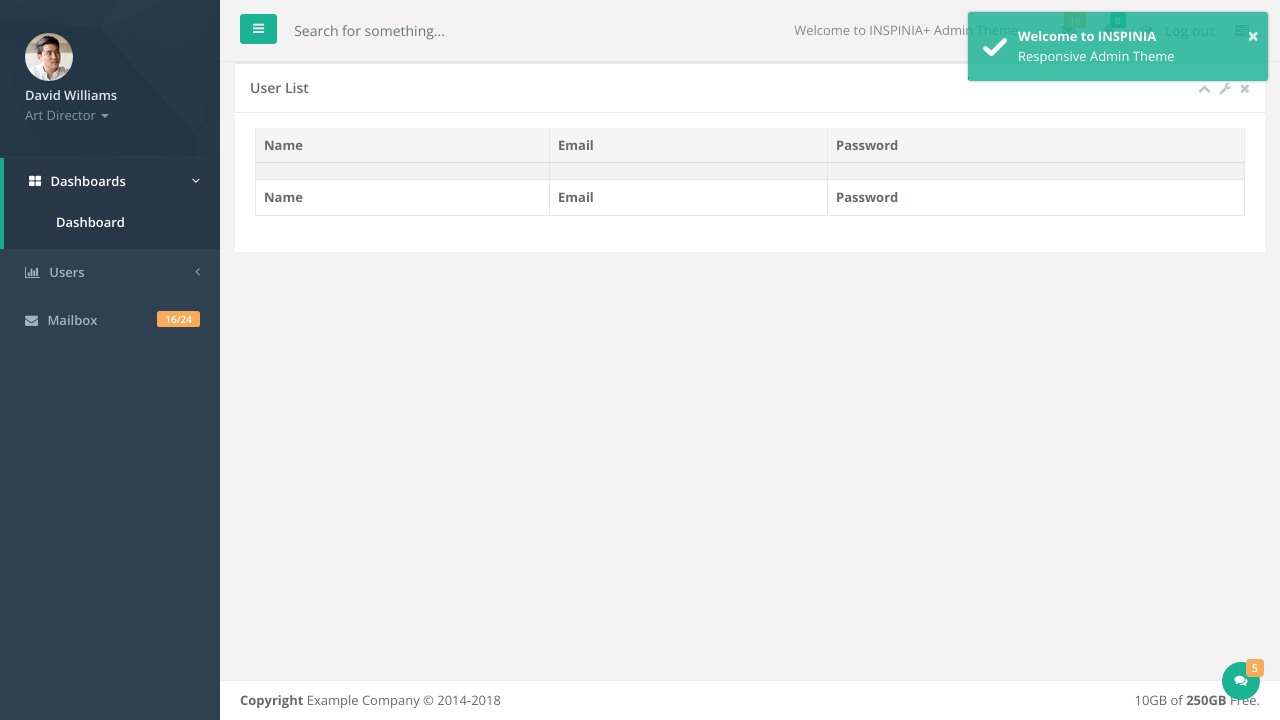
Repository: WAQARHUSSAIN12/quiz
Page: http://localhost/users
These files come from the project's save history. The page is drawn as it stood at one moment and after the next save; the edit follows.
The browser window is 1280 px wide. The pictures show the whole page.
The page is served by the project's Laravel application, run on PHP 8.4 with Laravel 9. Other server files are loaded and not shown.

Above is the page before, as saved 2024-08-12 12:21:57.
Console error: TypeError: Cannot read properties of undefined (reading 'plugins')

### routes/web.php
<?php

use Illuminate\Support\Facades\Route;
use App\Http\Controllers\Admin\HomeController;
use App\Http\Controllers\Admin\UserController;


/*
|--------------------------------------------------------------------------
| Web Routes
|--------------------------------------------------------------------------
|
| Here is where you can register web routes for your application. These
| routes are loaded by the RouteServiceProvider within a group which
| contains the "web" middleware group. Now create something great!
|
*/

Route::get('/', [HomeController::class,"dashboard"])->name("admin.dashboard");

Route::get('users', [UserController::class,"index"])->name("admin.users");

### app/Http/Controllers/Admin/UserController.php
<?php

namespace App\Http\Controllers\Admin;

use App\Http\Controllers\Controller;
use Illuminate\Http\Request;
use Yajra\DataTables\DataTables;
use App\Models\User;

class UserController extends Controller
{
    //
    public function index(Request $request){

        if ($request->ajax()){
            $user = User::select(['name', 'email', 'created_at']); // Adjust the columns accordingly
            return DataTables::of($user)->make(true);

        }

        return view('backend.users.index');
    }
}

### resources/views/backend/users/index.blade.php
@extends('backend.layout.layout')

@section('title', 'User List')

@section('content')

<link href="{{asset('assets/css/plugins/dataTables/datatables.min.css')}}" rel="stylesheet">

<div class="row">
    <div class="col-lg-12">
        <div class="ibox ">
            <div class="ibox-title">
                <h5>User List</h5>
                <div class="ibox-tools">

                    <a class="collapse-link">
                        <i class="fa fa-chevron-up"></i>
                    </a>
                    <a class="dropdown-toggle" data-toggle="dropdown" href="#">
                        <i class="fa fa-wrench"></i>
                    </a>
                    <ul class="dropdown-menu dropdown-user">
                        <li><a href="#" class="dropdown-item">Config option 1</a>
                        </li>
                        <li><a href="#" class="dropdown-item">Config option 2</a>
                        </li>
                    </ul>
                    <a class="close-link">
                        <i class="fa fa-times"></i>
                    </a>

                </div>
            </div>
            <div class="ibox-content">

                <div class="table-responsive">
                    <table class="table table-striped table-bordered table-hover dataTables-example">
                        <thead>
                            <tr>
                                <th>Name</th>
                                <th>Email</th>
                                <th>Password</th>
                            </tr>
                        </thead>
                        <tbody>
                            <tr>
                                <td class="center"></td>
                                <td class="center"></td>
                                <td class="center"></td>
                            </tr>
                        </tbody>
                        <tfoot>
                            <tr>
                                <th>Name</th>
                                <th>Email</th>
                                <th>Password</th>
                            </tr>
                        </tfoot>
                    </table>
                </div>

            </div>
        </div>
    </div>
</div>

@endsection

@push('script')

<script src="{{asset('assets/js/plugins/dataTables/datatables.min.js')}}"></script>
<script src="{{asset('assets/js/plugins/dataTables/dataTables.bootstrap4.min.js')}}"></script>

    <!-- Page-Level Scripts -->
    <script>
        $(document).ready(function(){
            // $('.dataTables-example').DataTable({
            //     pageLength: 25,
            //     responsive: true,
            //     dom: '<"html5buttons"B>lTfgitp',
            //     buttons: [
            //         { extend: 'copy'},
            //         {extend: 'csv'},
            //         {extend: 'excel', title: 'ExampleFile'},
            //         {extend: 'pdf', title: 'ExampleFile'},

            //         {extend: 'print',
            //          customize: function (win){
            //                 $(win.document.body).addClass('white-bg');
            //                 $(win.document.body).css('font-size', '10px');

            //                 $(win.document.body).find('table')
            //                         .addClass('compact')
            //                         .css('font-size', 'inherit');
            //         }
            //         }
            //     ]

            // });
        });

        $(document).ready(function() {
        $('.dataTables-example').DataTable({
            processing: true,
            serverSide: true,
            dom: '<"html5buttons"B>lTfgitp',
            buttons: [
                    { extend: 'copy'},
                    {extend: 'csv'},
                    {extend: 'excel', title: 'ExampleFile'},
                    {extend: 'pdf', title: 'ExampleFile'},

                    {extend: 'print',
                     customize: function (win){
                            $(win.document.body).addClass('white-bg');
                            $(win.document.body).css('font-size', '10px');

                            $(win.document.body).find('table')
                                    .addClass('compact')
                                    .css('font-size', 'inherit');
                    }
                    }
            ],
            ajax: "{{ route('admin.users') }}",
            columns: [
                { data: 'name'},
                { data: 'email'},
                { data: 'created_at'},
                // { data: 'action', name: 'action', orderable: false, searchable: false },
            ]
        });
    });

    </script>

@endpush

### resources/views/backend/layout/navigation.blade.php
<nav class="navbar-default navbar-static-side" role="navigation">
    <div class="sidebar-collapse">
        <ul class="nav metismenu" id="side-menu">
            <li class="nav-header">
                <div class="dropdown profile-element">
                    <img alt="image" class="rounded-circle" src="{{asset('assets/img/profile_small.jpg')}}" />
                    <a data-toggle="dropdown" class="dropdown-toggle" href="#">
                        <span class="block m-t-xs font-bold">David Williams</span>
                        <span class="text-muted text-xs block">Art Director <b class="caret"></b></span>
                    </a>
                    <ul class="dropdown-menu animated fadeInRight m-t-xs">
                        <li><a class="dropdown-item" href="profile.html">Profile</a></li>
                        <li><a class="dropdown-item" href="contacts.html">Contacts</a></li>
                        <li><a class="dropdown-item" href="mailbox.html">Mailbox</a></li>
                        <li class="dropdown-divider"></li>
                        <li><a class="dropdown-item" href="login.html">Logout</a></li>
                    </ul>
                </div>
                <div class="logo-element">
                    IN+
                </div>
            </li>
            <li class="active">
                <a href="index.html"><i class="fa fa-th-large"></i> <span class="nav-label">Dashboards</span> <span
                        class="fa arrow"></span></a>
                <ul class="nav nav-second-level">
                    <li class="active"><a href="index.html">Dashboard</a></li>
                </ul>
            </li>
            <li>
                <a href="#"><i class="fa fa-bar-chart-o"></i> <span class="nav-label">Users</span><span
                        class="fa arrow"></span></a>
                <ul class="nav nav-second-level collapse">
                    <li><a href="{{route('admin.users')}}">Users</a></li>
                </ul>
            </li>
            <li>
                <a href="mailbox.html"><i class="fa fa-envelope"></i> <span class="nav-label">Mailbox </span><span
                        class="label label-warning float-right">16/24</span></a>
                <ul class="nav nav-second-level collapse">
                    <li><a href="mailbox.html">Inbox</a></li>
                    <li><a href="mail_detail.html">Email view</a></li>
                    <li><a href="mail_compose.html">Compose email</a></li>
                    <li><a href="email_template.html">Email templates</a></li>
                </ul>
            </li>
        </ul>

    </div>
</nav>

### resources/views/backend/layout/topbar.blade.php
<div class="row border-bottom">
    <nav class="navbar navbar-static-top" role="navigation" style="margin-bottom: 0">
        <div class="navbar-header">
            <a class="navbar-minimalize minimalize-styl-2 btn btn-primary " href="#"><i class="fa fa-bars"></i> </a>
            <form role="search" class="navbar-form-custom" action="search_results.html">
                <div class="form-group">
                    <input type="text" placeholder="Search for something..." class="form-control" name="top-search"
                        id="top-search">
                </div>
            </form>
        </div>
        <ul class="nav navbar-top-links navbar-right">
            <li style="padding: 20px">
                <span class="m-r-sm text-muted welcome-message">Welcome to INSPINIA+ Admin Theme.</span>
            </li>
            <li class="dropdown">
                <a class="dropdown-toggle count-info" data-toggle="dropdown" href="#">
                    <i class="fa fa-envelope"></i> <span class="label label-warning">16</span>
                </a>
                <ul class="dropdown-menu dropdown-messages dropdown-menu-right">
                    <li>
                        <div class="dropdown-messages-box">
                            <a class="dropdown-item float-left" href="profile.html">
                                <img alt="image" class="rounded-circle" src="{{asset('assets/img/a7.jpg')}}">
                            </a>
                            <div class="media-body">
                                <small class="float-right">46h ago</small>
                                <strong>Mike Loreipsum</strong> started following <strong>Monica Smith</strong>. <br>
                                <small class="text-muted">3 days ago at 7:58 pm - 10.06.2014</small>
                            </div>
                        </div>
                    </li>
                    <li class="dropdown-divider"></li>
                    <li>
                        <div class="dropdown-messages-box">
                            <a class="dropdown-item float-left" href="profile.html">
                                <img alt="image" class="rounded-circle" src="{{asset('assets/img/a4.jpg')}}">
                            </a>
                            <div class="media-body ">
                                <small class="float-right text-navy">5h ago</small>
                                <strong>Chris Johnatan Overtunk</strong> started following <strong>Monica
                                    Smith</strong>. <br>
                                <small class="text-muted">Yesterday 1:21 pm - 11.06.2014</small>
                            </div>
                        </div>
                    </li>
                    <li class="dropdown-divider"></li>
                    <li>
                        <div class="dropdown-messages-box">
                            <a class="dropdown-item float-left" href="profile.html">
                                <img alt="image" class="rounded-circle" src="{{asset('assets/img/profile.jpg')}}">
                            </a>
                            <div class="media-body ">
                                <small class="float-right">23h ago</small>
                                <strong>Monica Smith</strong> love <strong>Kim Smith</strong>. <br>
                                <small class="text-muted">2 days ago at 2:30 am - 11.06.2014</small>
                            </div>
                        </div>
                    </li>
                    <li class="dropdown-divider"></li>
                    <li>
                        <div class="text-center link-block">
                            <a href="mailbox.html" class="dropdown-item">
                                <i class="fa fa-envelope"></i> <strong>Read All Messages</strong>
                            </a>
                        </div>
                    </li>
                </ul>
            </li>
            <li class="dropdown">
                <a class="dropdown-toggle count-info" data-toggle="dropdown" href="#">
                    <i class="fa fa-bell"></i> <span class="label label-primary">8</span>
                </a>
                <ul class="dropdown-menu dropdown-alerts">
                    <li>
                        <a href="mailbox.html" class="dropdown-item">
                            <div>
                                <i class="fa fa-envelope fa-fw"></i> You have 16 messages
                                <span class="float-right text-muted small">4 minutes ago</span>
                            </div>
                        </a>
                    </li>
                    <li class="dropdown-divider"></li>
                    <li>
                        <a href="profile.html" class="dropdown-item">
                            <div>
                                <i class="fa fa-twitter fa-fw"></i> 3 New Followers
                                <span class="float-right text-muted small">12 minutes ago</span>
                            </div>
                        </a>
                    </li>
                    <li class="dropdown-divider"></li>
                    <li>
                        <a href="grid_options.html" class="dropdown-item">
                            <div>
                                <i class="fa fa-upload fa-fw"></i> Server Rebooted
                                <span class="float-right text-muted small">4 minutes ago</span>
                            </div>
                        </a>
                    </li>
                    <li class="dropdown-divider"></li>
                    <li>
                        <div class="text-center link-block">
                            <a href="notifications.html" class="dropdown-item">
                                <strong>See All Alerts</strong>
                                <i class="fa fa-angle-right"></i>
                            </a>
                        </div>
                    </li>
                </ul>
            </li>


            <li>
                <a href="login.html">
                    <i class="fa fa-sign-out"></i> Log out
                </a>
            </li>
            <li>
                <a class="right-sidebar-toggle">
                    <i class="fa fa-tasks"></i>
                </a>
            </li>
        </ul>

    </nav>
</div>

### resources/views/backend/layout/footer.blade.php
<div class="footer">
    <div class="float-right">
        10GB of <strong>250GB</strong> Free.
    </div>
    <div>
        <strong>Copyright</strong> Example Company &copy; 2014-2018
    </div>
</div>

Loaded but not shown: app/Http/Controllers/Controller.php (common file); public/assets/css/bootstrap.min.css (library); public/assets/font-awesome/css/font-awesome.css (library); public/assets/css/plugins/toastr/toastr.min.css (library); public/assets/css/animate.css (library); public/assets/css/style.css (library); public/assets/css/plugins/dataTables/datatables.min.css (library); public/assets/js/jquery-3.1.1.min.js (library); public/assets/js/popper.min.js (library); public/assets/js/bootstrap.js (library); public/assets/js/plugins/slimscroll/jquery.slimscroll.min.js (library); public/assets/js/plugins/flot/jquery.flot.tooltip.min.js (library); public/assets/js/plugins/peity/jquery.peity.min.js (library); public/assets/js/plugins/pace/pace.min.js (library); public/assets/js/plugins/jquery-ui/jquery-ui.min.js (library); public/assets/js/plugins/gritter/jquery.gritter.min.js (library); public/assets/js/plugins/sparkline/jquery.sparkline.min.js (library); public/assets/js/plugins/toastr/toastr.min.js (library); public/assets/js/plugins/dataTables/dataTables.bootstrap4.min.js (common file); public/assets/js/inspinia.js (313 lines, source omitted); public/assets/js/demo/sparkline-demo.js (51 lines, source omitted); public/assets/js/demo/peity-demo.js (33 lines, source omitted); resources/views/backend/layout/layout.blade.php (720 lines, source omitted)

After the next save:
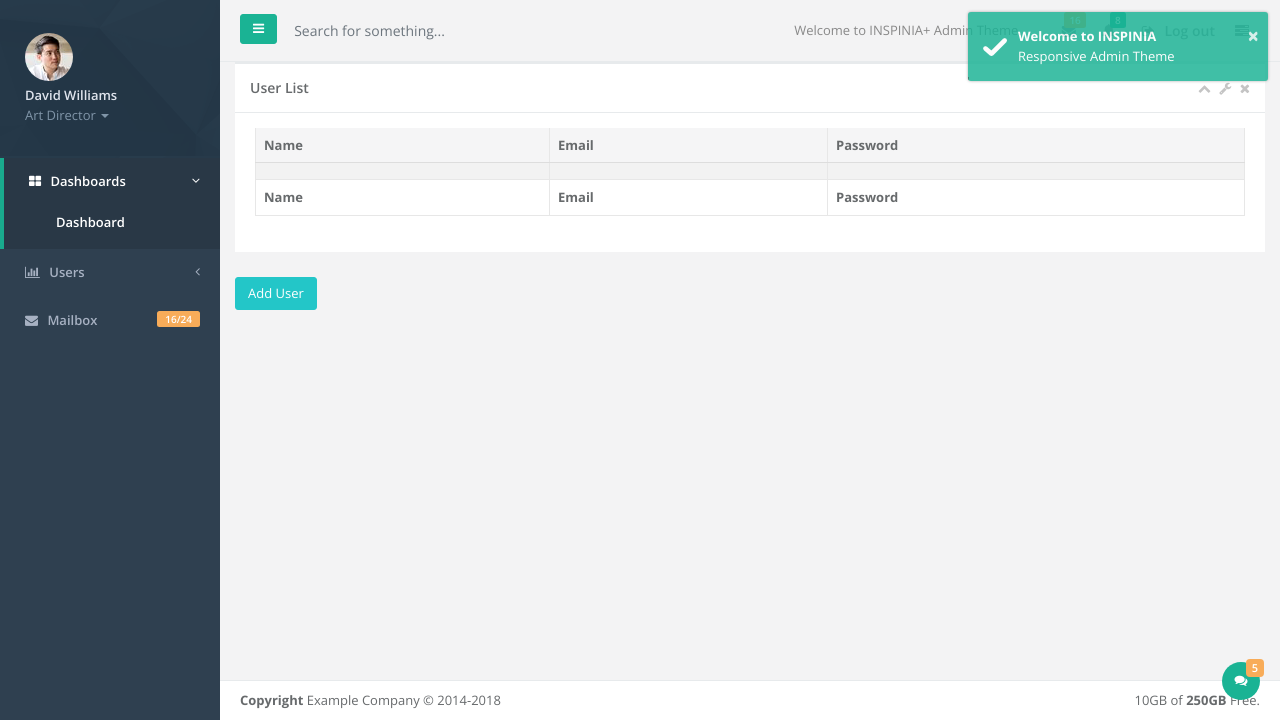
Saved 26 s later.
--- a/resources/views/backend/users/index.blade.php
+++ b/resources/views/backend/users/index.blade.php
@@ -61,6 +61,7 @@
 
             </div>
         </div>
+        <button class="btn btn-info" id="add_user_btn"> Add User  </button>
     </div>
 </div>
 
